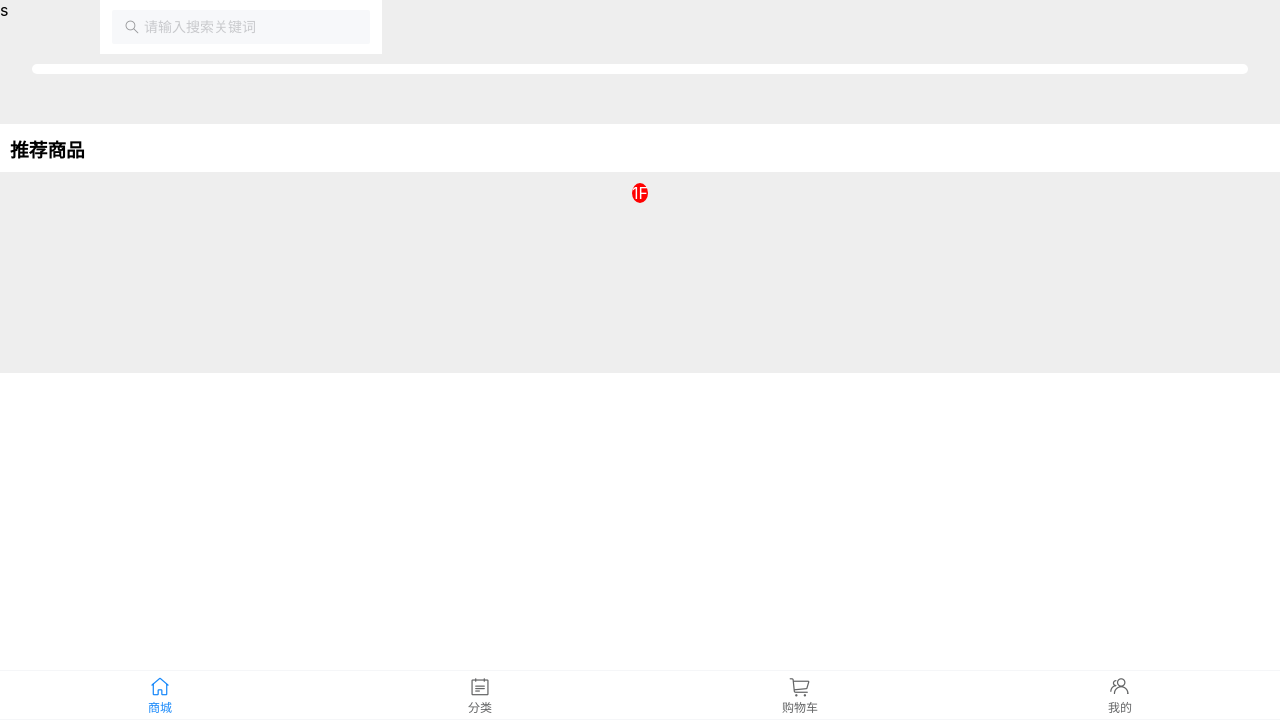
Repository: liuyangming111/mall
Page: /
The author's editor kept a copy of each file at every save. The page is drawn from the files as they stood at one save, then again after the next save.
The browser window is 1280 px wide. The pictures show the whole page.
The page's requests for data from a server got no answer. The project was rebuilt for these pictures with package versions that can differ from the ones it lists, and the page was loaded fresh each time. No one was signed in, and anything a server would have sent is missing. Also part of the build but not shown: vue.config.js.

Above is the page before, as saved 2020-07-22 08:42:29.

After the next save:
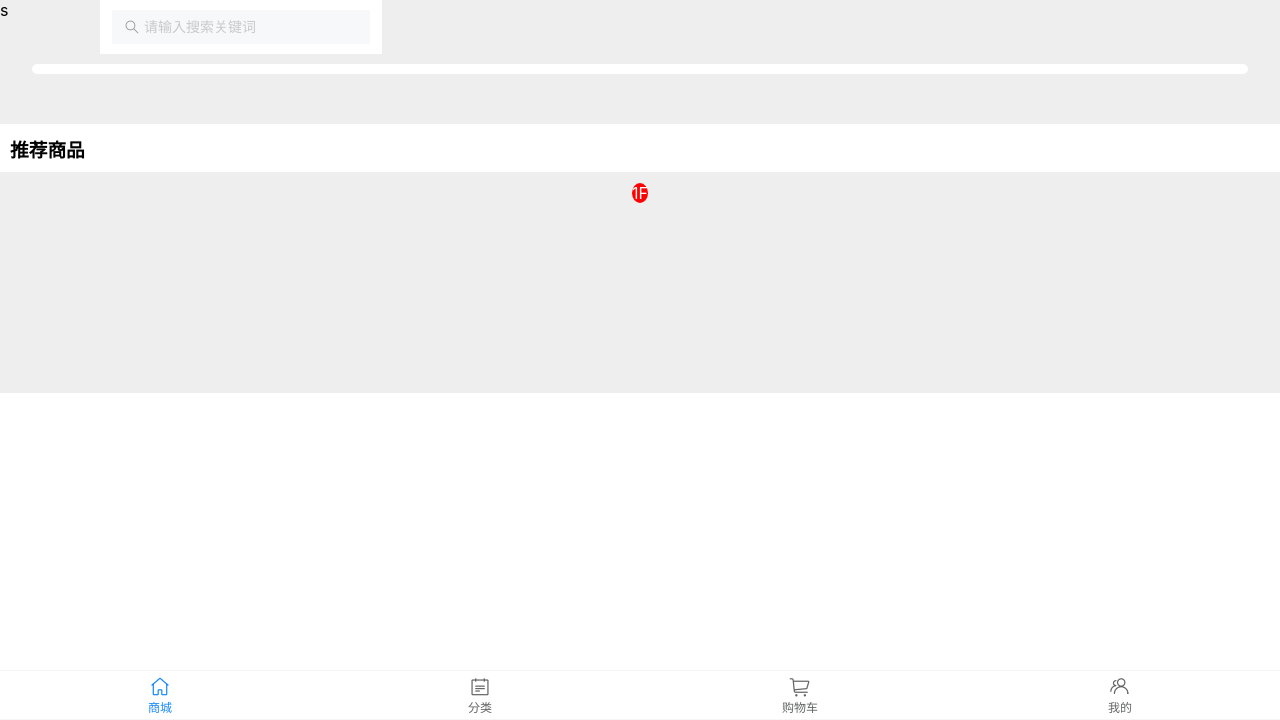
Saved 2 min 23 s later.
--- a/src/components/mall/malll.vue
+++ b/src/components/mall/malll.vue
@@ -1,6 +1,6 @@
 <template>
   <div>
-    <div class="floor1"><span class="floor1_1">1F</span>{{floorName.floor1}}</div>
+    <div class="floor1"><span class="floor1_1">1F</span>{{floorName.floor1}}</div><br>
     <div class="food">
         <div v-for="(item, index) in floor1" :key="index" class="food1">
             <div v-if="index===0"><img :src="item.image" alt=""></div>

After the save that followed:
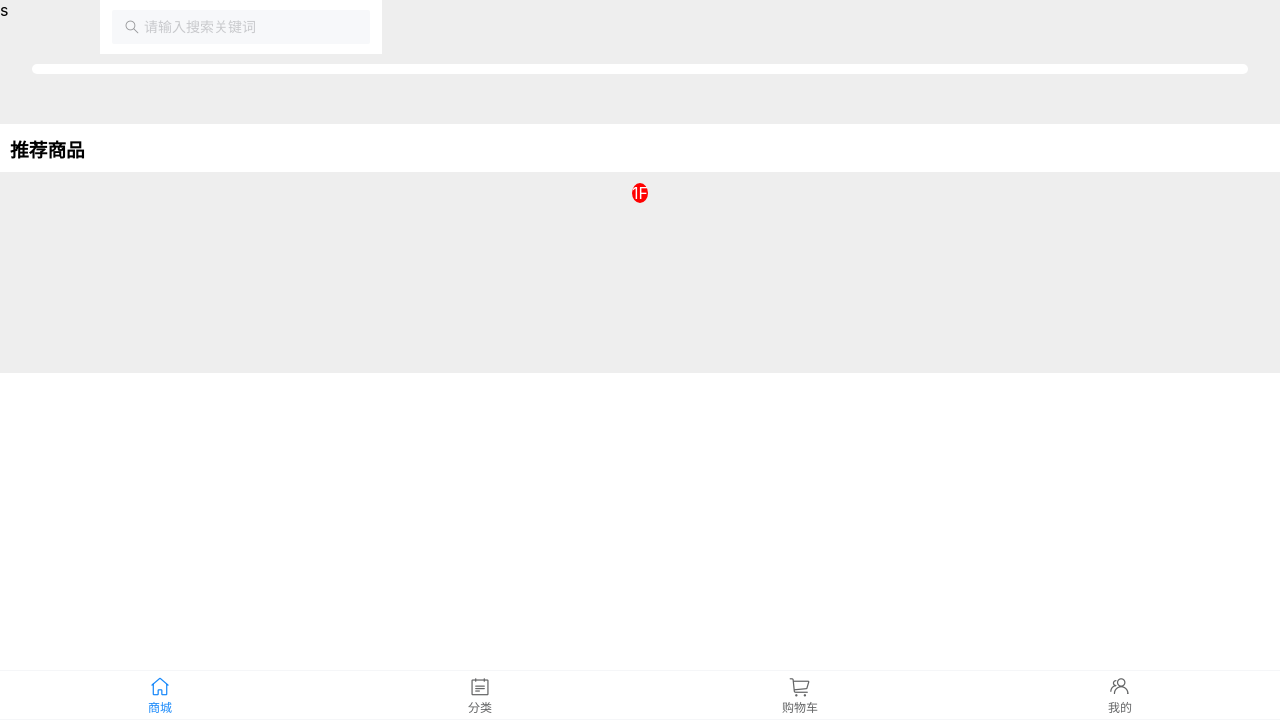
Saved 8 s later.
--- a/src/components/mall/malll.vue
+++ b/src/components/mall/malll.vue
@@ -1,6 +1,6 @@
 <template>
   <div>
-    <div class="floor1"><span class="floor1_1">1F</span>{{floorName.floor1}}</div><br>
+    <div class="floor1"><span class="floor1_1">1F</span>{{floorName.floor1}}</div>
     <div class="food">
         <div v-for="(item, index) in floor1" :key="index" class="food1">
             <div v-if="index===0"><img :src="item.image" alt=""></div>
